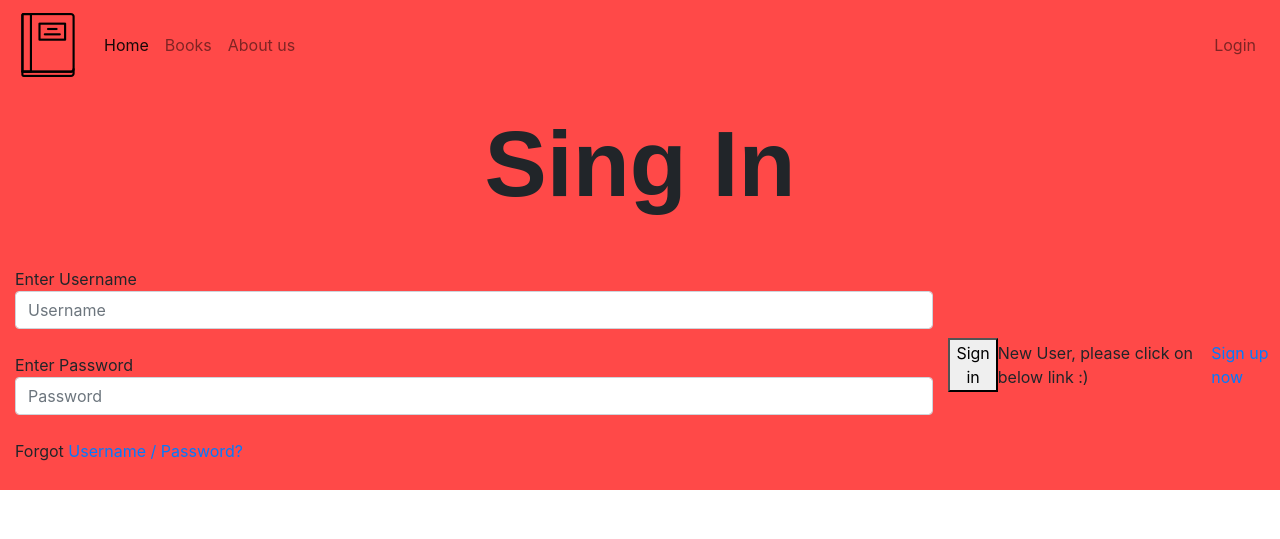
Repository: abhishekgandhi2398/BookStore
Page: http://localhost/BookStore/ulogin.jsp
These files come from the project's save history. The page is drawn as it stood at one moment and after the next save; the edit follows.
The browser window is 1280 px wide. The pictures show the whole page.
The page is served by Tomcat 9.

Above is the page before, as saved 2019-12-06 15:26:20.
Console error: TypeError: Cannot read properties of undefined (reading 'fn')

After the next save:
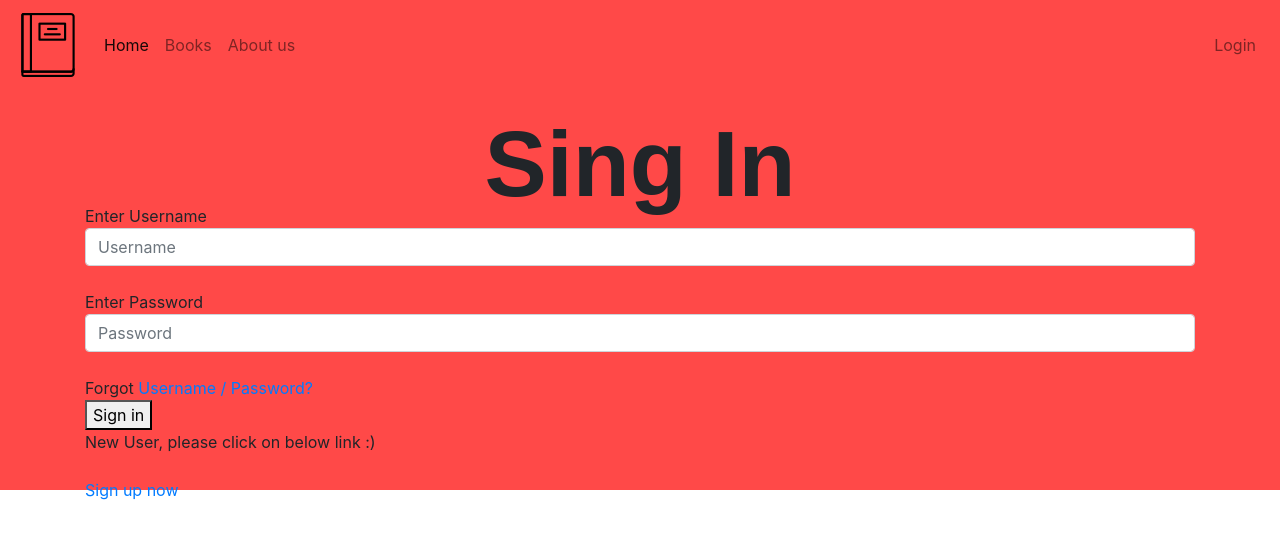
Saved 41 s later.
--- a/ProjectJava/BookStore/WebContent/ulogin.jsp
+++ b/ProjectJava/BookStore/WebContent/ulogin.jsp
@@ -108,14 +108,11 @@ else
 							Username / Password?
 						</a>
 
+					<br>
 
-					</div>
-
-					<div class="container-login100-form-btn">
-						<button class="login100-form-btn">
+										<button class="login100-form-btn">
 							Sign in
 						</button>
-					</div>
 
 
 					<br>
@@ -131,9 +128,11 @@ else
 						</a>
 					<br>
 					<br>
+
+					</div>
+
 	</div>
 
-			</div>
 </form>
 
 </body>
